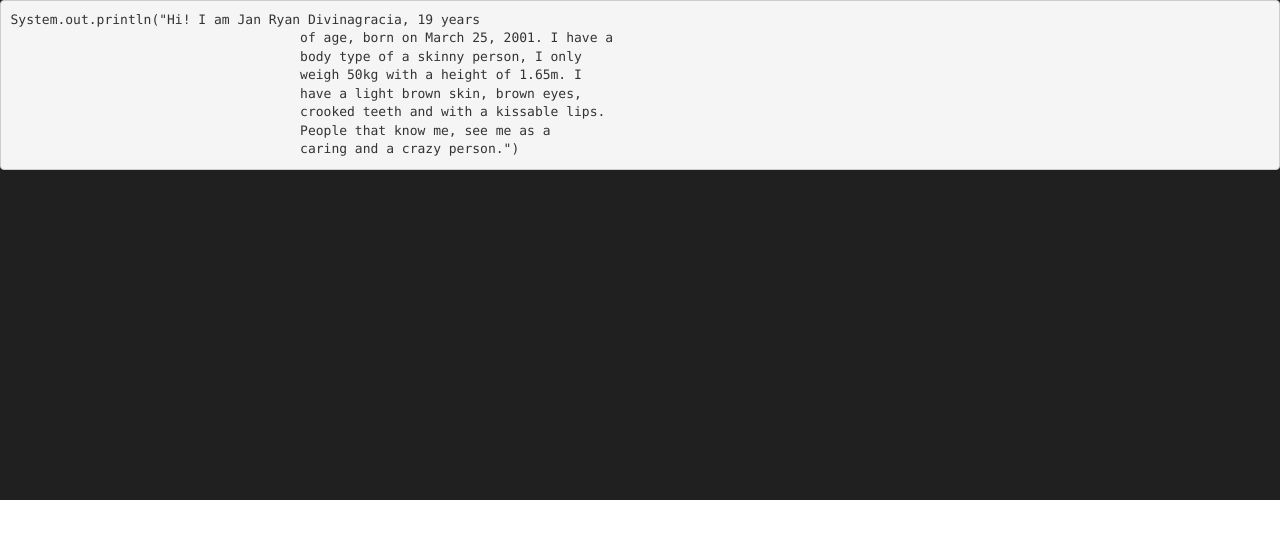
Repository: janry-gracia/Divinagracia_FinalProject
Page: Pages/storyofmylife.html
An editor plug-in stored every save of this project. The page is shown before and after the next save, followed by the edit.
The browser window is 1280 px wide. The pictures show the whole page.

Above is the page before, as saved 2021-05-17 22:56:27.
Console error: TypeError: Cannot read properties of null (reading 'addEventListener')

After the next save:
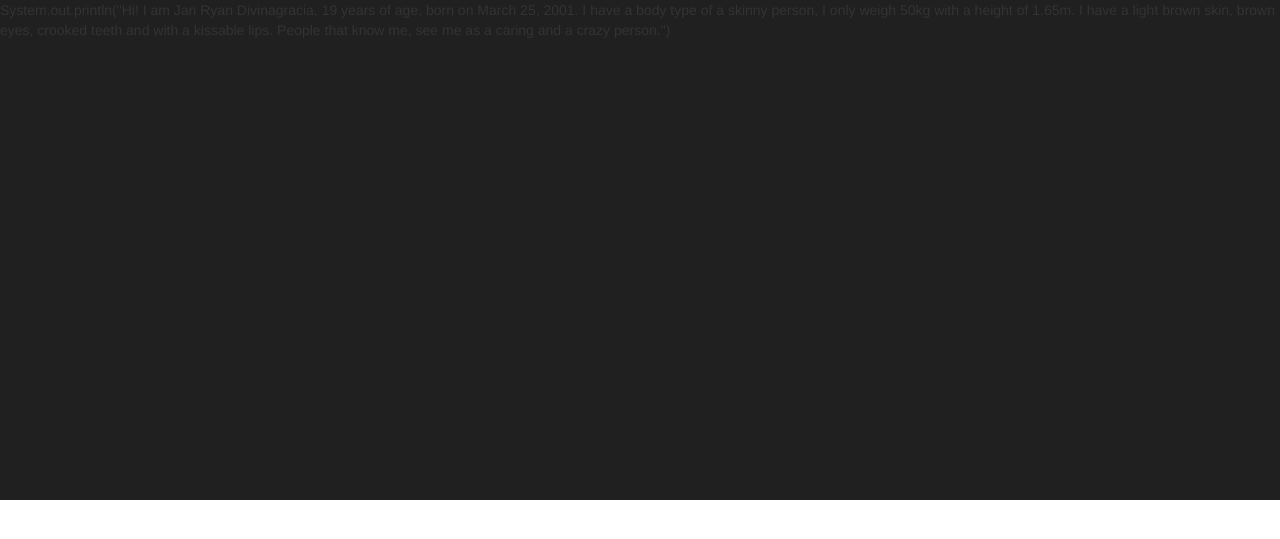
Saved 33 s later.
--- a/Pages/storyofmylife.html
+++ b/Pages/storyofmylife.html
@@ -13,14 +13,14 @@
     <div class="container-fluid ">
 
         <div class="container-fluid message">
-            <pre>System.out.println("Hi! I am Jan Ryan Divinagracia, 19 years
+            <p>System.out.println("Hi! I am Jan Ryan Divinagracia, 19 years
                                      of age, born on March 25, 2001. I have a
                                      body type of a skinny person, I only
                                      weigh 50kg with a height of 1.65m. I
                                      have a light brown skin, brown eyes,
                                      crooked teeth and with a kissable lips.
                                      People that know me, see me as a
-                                     caring and a crazy person.")</pre>
+                                     caring and a crazy person.")</p>
         </div>
 
 

After the save that followed:
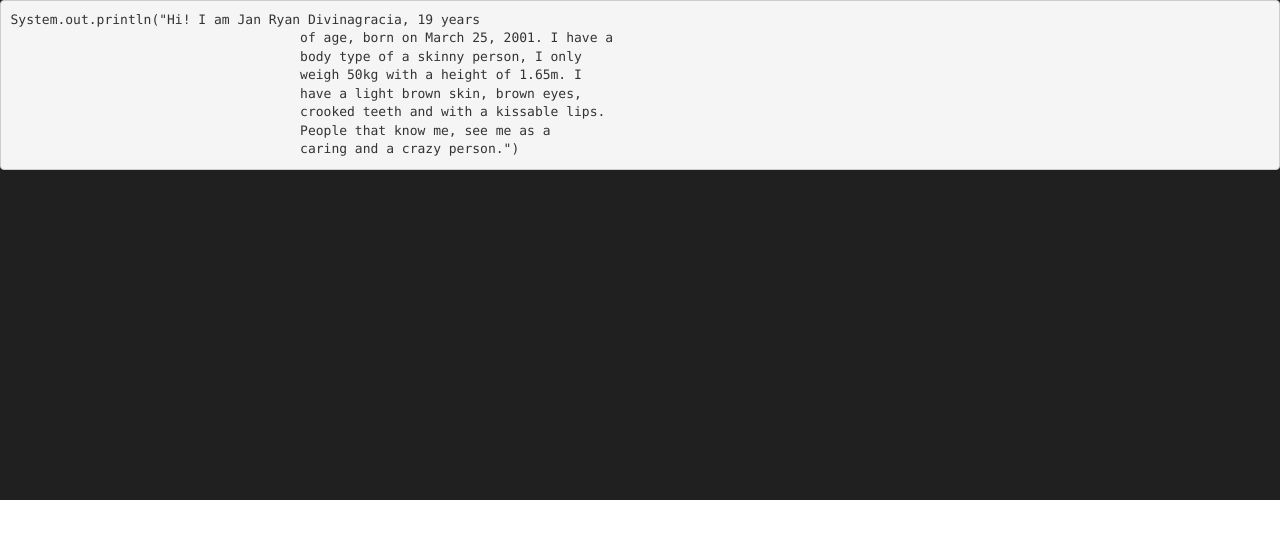
Saved 35 s later.
--- a/Pages/storyofmylife.html
+++ b/Pages/storyofmylife.html
@@ -13,14 +13,14 @@
     <div class="container-fluid ">
 
         <div class="container-fluid message">
-            <p>System.out.println("Hi! I am Jan Ryan Divinagracia, 19 years
+            <pre>System.out.println("Hi! I am Jan Ryan Divinagracia, 19 years
                                      of age, born on March 25, 2001. I have a
                                      body type of a skinny person, I only
                                      weigh 50kg with a height of 1.65m. I
                                      have a light brown skin, brown eyes,
                                      crooked teeth and with a kissable lips.
                                      People that know me, see me as a
-                                     caring and a crazy person.")</p>
+                                     caring and a crazy person.")</pre>
         </div>
 
 
